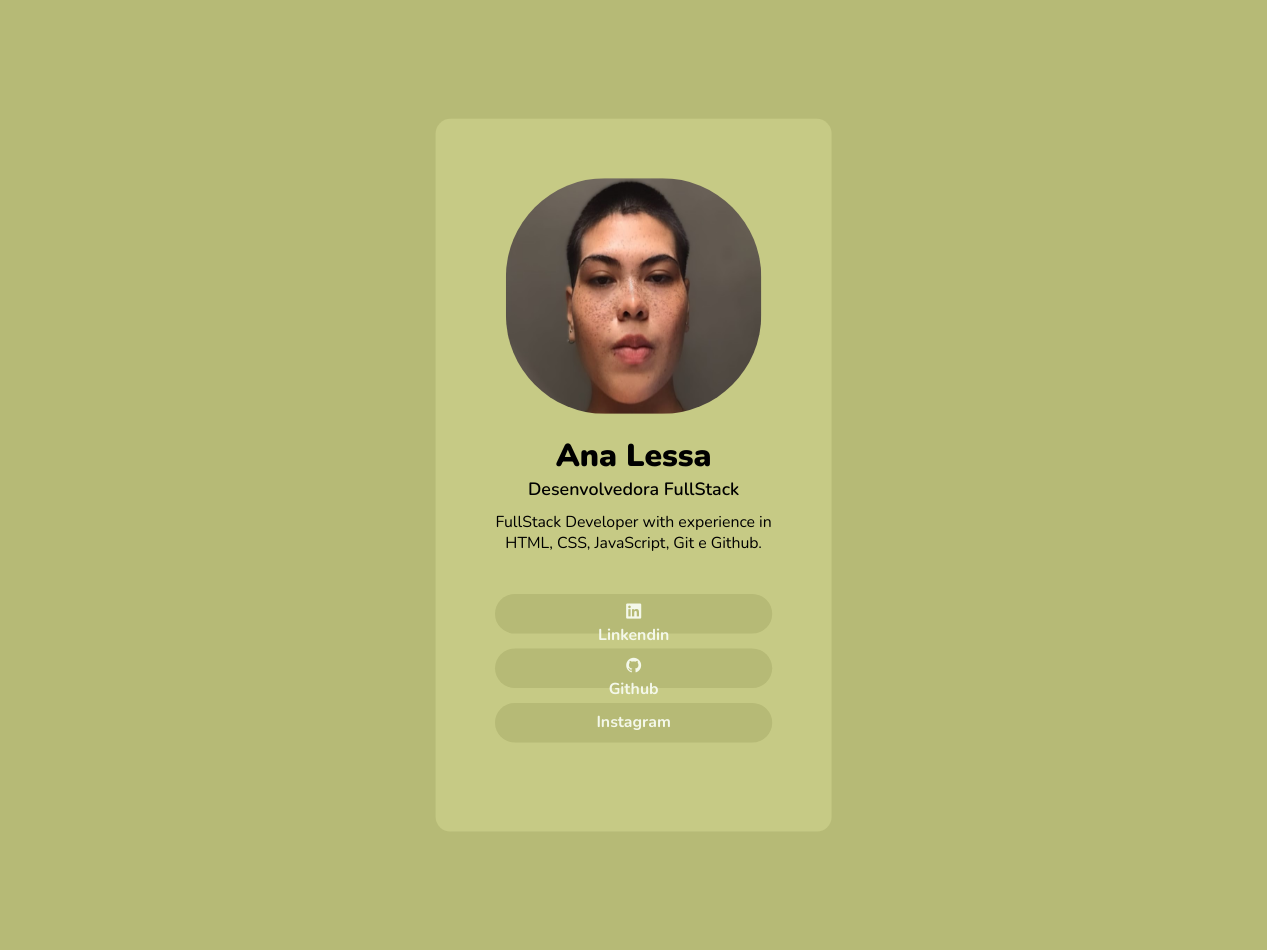
Repository: analessp/linktree
Page: index.html
An editor plug-in stored every save of this project. The page is shown before and after the next save, followed by the edit.
The browser window is 1280 px wide. The pictures show the whole page, at 99% of full size.

Above is the page before, as saved 2025-04-11 10:40:34.

After the next save:
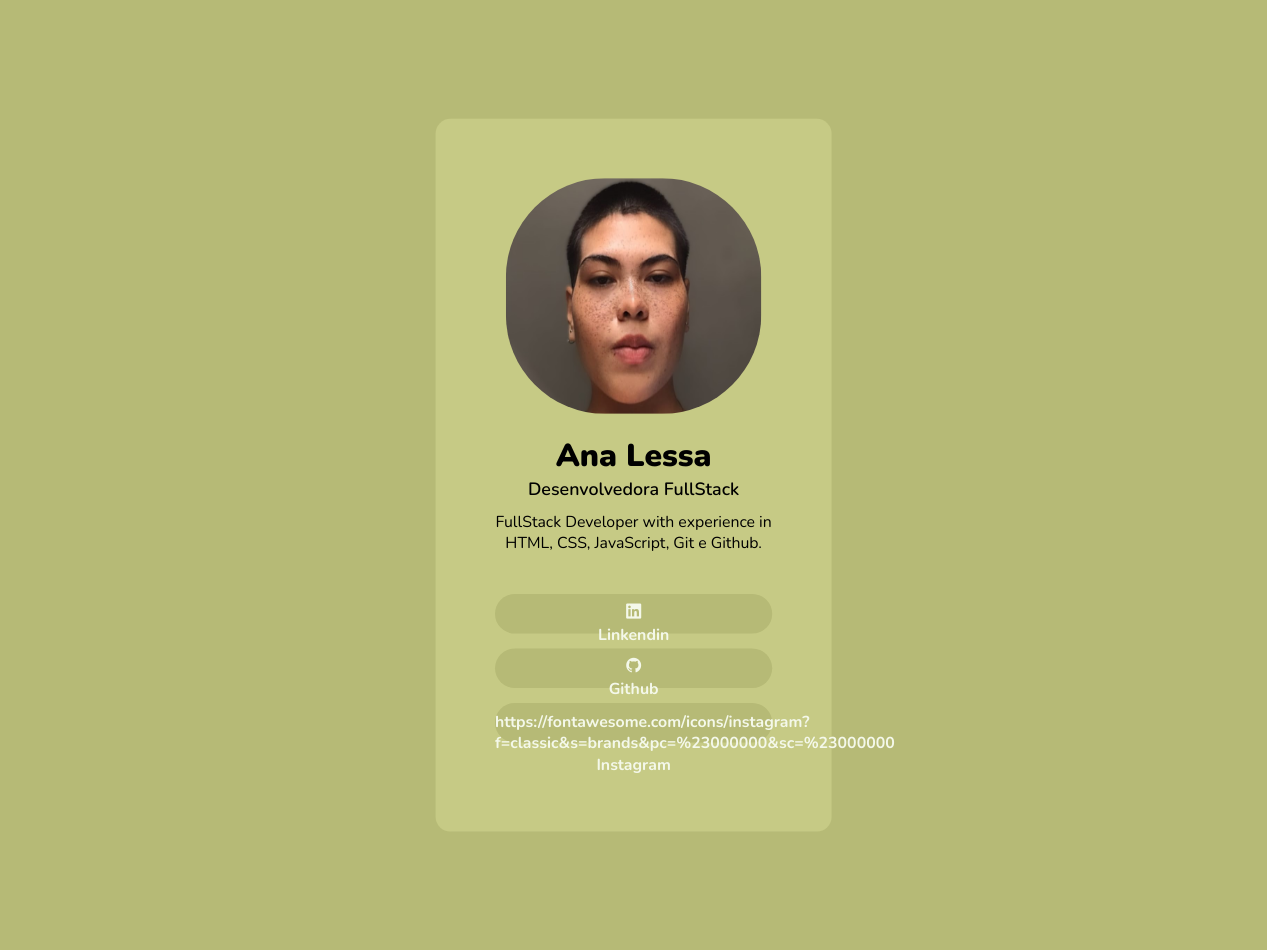
Saved 33 s later.
--- a/index.html
+++ b/index.html
@@ -37,7 +37,7 @@
             </li></a>
             <a href="https://www.instagram.com/analessp/" target="_blank">
             <li>
-
+                https://fontawesome.com/icons/instagram?f=classic&s=brands&pc=%23000000&sc=%23000000
             <p>Instagram</p>
             </li></a>
         </ul>

After the save that followed:
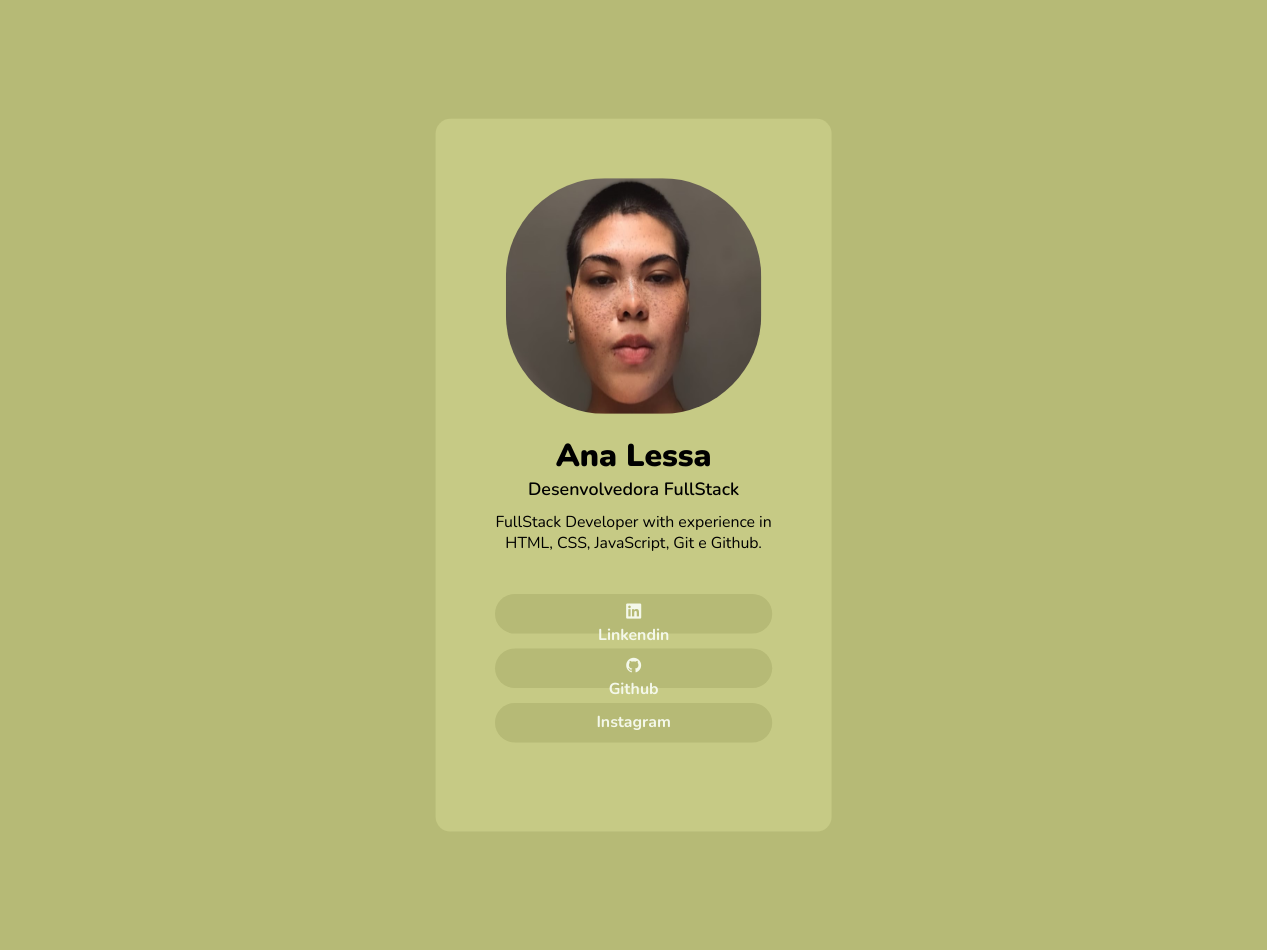
Saved 4 s later.
--- a/index.html
+++ b/index.html
@@ -37,7 +37,7 @@
             </li></a>
             <a href="https://www.instagram.com/analessp/" target="_blank">
             <li>
-                https://fontawesome.com/icons/instagram?f=classic&s=brands&pc=%23000000&sc=%23000000
+
             <p>Instagram</p>
             </li></a>
         </ul>
